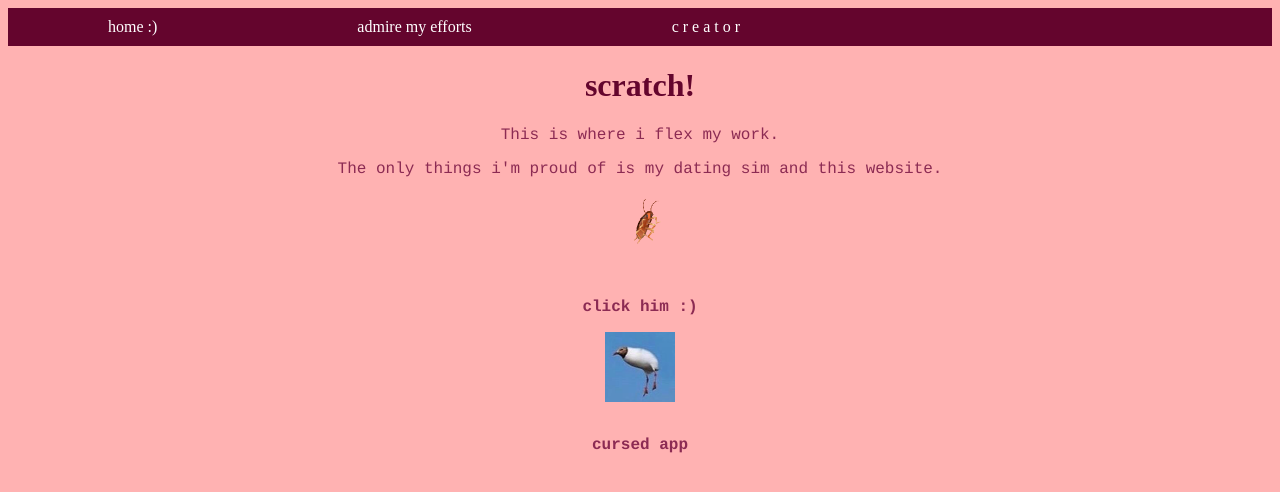
Repository: ycano1934/ycano1934.github.io
Page: my_website/portfolio.html
The author's editor kept a record of every edit. The page is drawn from the files as they stood at one moment, then again after the next edit.
The browser window is 1280 px wide. The pictures show the whole page.

Above is the page before.

### my_website/portfolio.html
<!doctype html>
	<html lang="en">


	  <head>
	    <meta charset="utf-8">
	    <meta name="viewport" content="width=device-width, initial-scale=1.0">
	    <title>*struggles in code*</title>
	  </head>


  <style>
#header {
  font-family:comic sans ms;
  color:rgb(100, 5, 45);
}

#paragraphlook {
    font-family:courier;
    color:rgb(140, 43, 83);
}




 body {background-color:rgb(255, 178, 178); }

ul {
  list-style-type: none;
  margin: 0;
  padding: 0;
  overflow: hidden;
  background-color: rgb(100, 5, 45);
}

li {
  float: left;
}

li a {
  display: inline-block;
  color: white; /* text color */
  font-family:comic sans ms;
  text-align: center;
  padding: 10px 100px;
  text-decoration: none;
  background-color: rgb(100, 5, 45);
}

li a:hover {
  background-color: rgb(155, 51, 93);
}

img {
  display: block;
  margin-left: auto;
  margin-right: auto;
}

  </style>

	 <body>

        <ul>
    <li><a href="index.html">home :)</a></li>
    <li><a href="portfolio.html">admire my efforts</a></li>
    <li><a href="about.html">c r e a t o r</a></li>
        </ul>

        <h1 id="header" style=text-align:center;>scratch!</h1>
        <p id="paragraphlook" style="text-align:center;">This is where i flex my work.</p>
        <p id="paragraphlook" style="text-align:center;">The only things i'm proud of is my dating sim and this website.</p>

        <a href="https://scratch.mit.edu/projects/324069808/" target=_blank>
            <img src="images/roach.gif" height="70" width="70" ><br>
        </a>
        <p id="paragraphlook" style="text-align:center;"><strong>click him :)</strong></p>

        <a href="https://ai2.appinventor.mit.edu/?galleryId=6232145279975424" target=_blank>
            <img src="images/bird.png" height="70" width="70" ><br>
        </a>
        <p id="paragraphlook" style="text-align:center;"><strong>cursed app</strong></p>

	 </body>


	</html>

After the next edit:
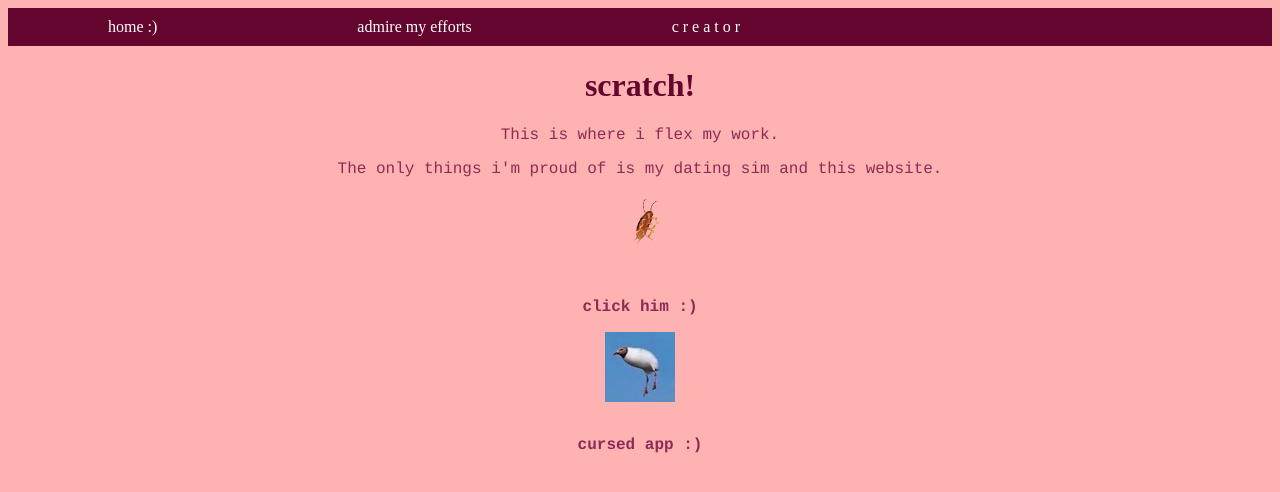
The edit:
--- a/my_website/portfolio.html
+++ b/my_website/portfolio.html
@@ -79,7 +79,7 @@
         <a href="https://ai2.appinventor.mit.edu/?galleryId=6232145279975424" target=_blank>
             <img src="images/bird.png" height="70" width="70" ><br>
         </a>
-        <p id="paragraphlook" style="text-align:center;"><strong>cursed app</strong></p>
+        <p id="paragraphlook" style="text-align:center;"><strong>cursed app :)</strong></p>
 
 	 </body>
 
